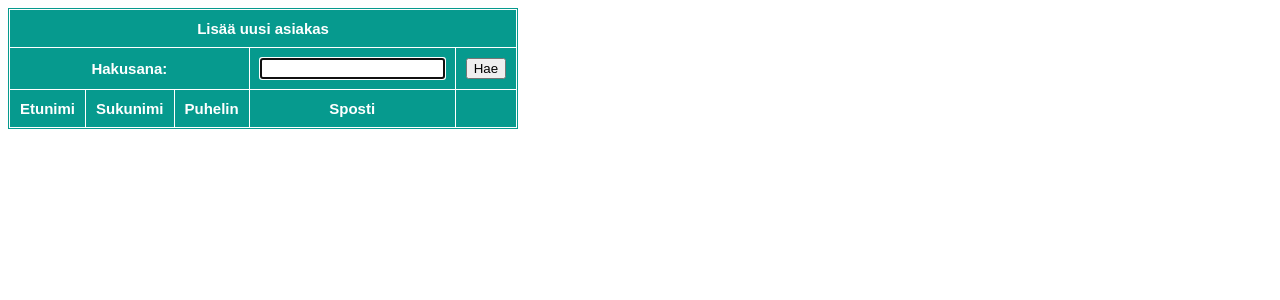
Repository: Heli-DL/Asiakkaat_NatiiviJS
Page: http://localhost/Asiakkaat/listaaasiakkaat.jsp
These files come from the project's save history. The page is drawn as it stood at one moment and after the next save; the edit follows.
The browser window is 1280 px wide. The pictures show the whole page.
The page is served by Tomcat 9. Other server files are loaded and not shown.

Above is the page before, as saved 2022-05-08 14:57:07.

### Asiakkaat/src/main/webapp/listaaasiakkaat.jsp
<%@ page language="java" contentType="text/html; charset=UTF-8"
    pageEncoding="UTF-8"%>
<!DOCTYPE html>
<html>
<head>
<meta charset="ISO-8859-1">
<script src="https://ajax.googleapis.com/ajax/libs/jquery/3.4.1/jquery.min.js"></script>
<link rel="stylesheet" type="text/css" href="css/main.css">
<title>Asiakkaiden listaus</title>
</head>
<body>
	<table id="listaus">
		<thead>
			<tr>
				<th colspan="5"><span id="uusiAsiakas">Lisää uusi asiakas</span></th>
			</tr>
			<tr>
				<th colspan="3">Hakusana:</th>
				<th><input type="text" id="hakusana"></th>
				<th><input type="button" id="hae" value="Hae"></th>
			</tr>
			<tr>
				<th>Etunimi</th>
				<th>Sukunimi</th>
				<th>Puhelin</th>
				<th>Sposti</th>
				<th>&nbsp;</th>
			</tr>
		</thead>
		<tbody>
		</tbody>
	</table>
<script>
$(document).ready(function(){

	$("#uusiAsiakas").click(function(){
		document.location="lisaaasiakas.jsp";
	});

	$(document.body).on("keydown", function(event){
		  if(event.which==13){ //Enteriä painettu, ajetaan haku
			  haeTiedot();
		  }
	});
	$("#hae").click(function(){
		haeTiedot();
	});
	$("#hakusana").focus();//viedään kursori hakusana-kenttään sivun latauksen yhteydessä
	haeTiedot();
});
function haeTiedot(){
	$("#listaus tbody").empty();
	$.getJSON({url:"asiakkaat/"+$("#hakusana").val(), type:"GET", dataType:"json", success:function(result){
		$.each(result.asiakkaat, function(i, field){
        	var htmlStr;
        	htmlStr+="<tr id='rivi_"+field.asiakas_id+"'>";
        	htmlStr+="<td>"+field.etunimi+"</td>";
        	htmlStr+="<td>"+field.sukunimi+"</td>";
        	htmlStr+="<td>"+field.puhelin+"</td>";
        	htmlStr+="<td>"+field.sposti+"</td>";
        	htmlStr+="<td>Muuta&nbsp;";
        	htmlStr+="<span class='poista' onclick=poista("+field.asiakas_id+",'"+field.etunimi+"','"+field.sukunimi+"')>Poista</span></td>";
        	htmlStr+="</tr>";
        	$("#listaus tbody").append(htmlStr);
        });
    }});
}
function poista(asiakas_id, etunimi, sukunimi){
	if(confirm("Poista asiakas " + etunimi +" "+ sukunimi +"?")){
		$.ajax({url:"asiakkaat/"+asiakas_id, type:"DELETE", dataType:"json", success:function(result) { //result on joko {"response:1"} tai {"response:0"}
	        if(result.response==0){
	        	$("#ilmo").html("Asiakkaan poisto epäonnistui.");
	        }else if(result.response==1){
	        	$("#rivi_"+asiakas_id).css("background-color", "red"); //Värjätään poistetun asiakkaan rivi
	        	alert("Asiakkaan " + etunimi +" "+ sukunimi +" poisto onnistui.");
				haeTiedot();
			}
	    }});
	}
}
</script>
</body>
</html>

### Asiakkaat/src/main/webapp/css/main.css
body{
	font-family: Arial, Helvetica, sans-serif;
	font-size: 15px;
}

table {
	border: 1px solid #069A8E;
	border-spacing: 1px;
}

thead {
	background-color: #069A8E;
	color: white;
}

th {
 	padding: 10px;
}

td {
	text-align: left;
	padding: 7px;
}
tbody tr:nth-child(even) {
	background-color: #f2f2f2;
}
.poista {
	color: red;
	cursor: pointer;
}

#uusiAsiakas, #takaisin {
	color: white;
	cursor: pointer;
}

### Asiakkaat/src/main/java/control/Asiakkaat.java
package control;

import java.io.IOException;
import java.io.PrintWriter;
import java.util.ArrayList;
import javax.servlet.ServletException;
import javax.servlet.annotation.WebServlet;
import javax.servlet.http.HttpServlet;
import javax.servlet.http.HttpServletRequest;
import javax.servlet.http.HttpServletResponse;

import org.json.JSONObject;

import model.Asiakas;
import model.dao.Dao;

@WebServlet("/asiakkaat/*")
public class Asiakkaat extends HttpServlet {
	private static final long serialVersionUID = 1L;

    public Asiakkaat() {
        super();
        System.out.println("Asiakkaat.Asiakkaat()");
    }

	protected void doGet(HttpServletRequest request, HttpServletResponse response) throws ServletException, IOException {
		System.out.println("Asiakkaat.doGet()");
		String pathInfo = request.getPathInfo();
		System.out.println("polku: "+pathInfo);
		String hakusana="";
		if(pathInfo!=null) {
			hakusana = pathInfo.replace("/", "");
		}
		Dao dao = new Dao();
		ArrayList<Asiakas> asiakkaat = dao.listaaKaikki(hakusana);
		System.out.println(asiakkaat);
		String strJSON = new JSONObject().put("asiakkaat", asiakkaat).toString();
		response.setContentType("application/json");
		PrintWriter out = response.getWriter();
		out.println(strJSON);
	}

	protected void doPost(HttpServletRequest request, HttpServletResponse response) throws ServletException, IOException {
		System.out.println("Asiakkaat.doPost()");
		JSONObject jsonObj = new JsonStrToObj().convert(request);
		Asiakas asiakas = new Asiakas();
		asiakas.setEtunimi(jsonObj.getString("etunimi"));
		asiakas.setSukunimi(jsonObj.getString("sukunimi"));
		asiakas.setPuhelin(jsonObj.getString("puhelin"));
		asiakas.setSposti(jsonObj.getString("sposti"));
		response.setContentType("application/json");
		PrintWriter out = response.getWriter();
		Dao dao = new Dao();
		if(dao.lisaaAsiakas(asiakas)){
			out.println("{\"response\":1}");
		}else{
			out.println("{\"response\":0}");
		}
	}


	protected void doPut(HttpServletRequest request, HttpServletResponse response) throws ServletException, IOException {
		System.out.println("Asiakkaat.doPut()");
	}

	protected void doDelete(HttpServletRequest request, HttpServletResponse response) throws ServletException, IOException {
		System.out.println("Asiakkaat.doDelete()");
		String pathInfo = request.getPathInfo();
		int asiakas_id = Integer.parseInt(pathInfo.replace("/", ""));
		Dao dao = new Dao();
		response.setContentType("application/json");
		PrintWriter out = response.getWriter();
		if(dao.poistaAsiakas(asiakas_id)){
			out.println("{\"response\":1}");
		}else {
			out.println("{\"response\":0}");
		}
	}

}

### Asiakkaat/src/main/java/model/dao/Dao.java
package model.dao;

import java.sql.Connection;
import java.sql.DriverManager;
import java.sql.PreparedStatement;
import java.sql.ResultSet;
import java.util.ArrayList;

import model.Asiakas;

public class Dao {
	private Connection con=null;
	private ResultSet rs = null;
	private PreparedStatement stmtPrep=null;
	private String sql;
	private String db ="Myynti.sqlite";

	private Connection yhdista(){
    	Connection con = null;
    	String path = System.getProperty("catalina.base");
    	path = path.substring(0, path.indexOf(".metadata")).replace("\\", "/"); //Eclipsessa
    	//path += "/webapps/"; //Tuotannossa. Laita tietokanta webapps-kansioon
    	String url = "jdbc:sqlite:"+path+db;
    	try {
    		Class.forName("org.sqlite.JDBC");
	        con = DriverManager.getConnection(url);
	        System.out.println("Yhteys avattu.");
	     }catch (Exception e){
	    	 System.out.println("Yhteyden avaus ep�onnistui.");
	        e.printStackTrace();
	     }
	     return con;
	}

	public ArrayList<Asiakas> listaaKaikki(){
		ArrayList<Asiakas> asiakkaat = new ArrayList<Asiakas>();
		sql = "SELECT * FROM asiakkaat";
		try {
			con=yhdista();
			if(con!=null){ //jos yhteys onnistui
				stmtPrep = con.prepareStatement(sql);
        		rs = stmtPrep.executeQuery();
				if(rs!=null){ //jos kysely onnistui
					//con.close();
					while(rs.next()){
						Asiakas asiakas = new Asiakas();
						asiakas.setAsiakas_id(rs.getInt(1));
						asiakas.setEtunimi(rs.getString(2));
						asiakas.setSukunimi(rs.getString(3));
						asiakas.setPuhelin(rs.getString(4));
						asiakas.setSposti(rs.getString(5));
						asiakkaat.add(asiakas);
					}
				}
			}
			con.close();
		} catch (Exception e) {
			e.printStackTrace();
		}
		return asiakkaat;
	}

	public ArrayList<Asiakas> listaaKaikki(String hakusana){
		ArrayList<Asiakas> asiakkaat = new ArrayList<Asiakas>();
		sql = "SELECT * FROM asiakkaat WHERE etunimi LIKE ? or sukunimi LIKE ? or puhelin LIKE ? or puhelin LIKE?";
		try {
			con=yhdista();
			if(con!=null){ //jos yhteys onnistui
				stmtPrep = con.prepareStatement(sql);
				stmtPrep.setString(1, "%" + hakusana + "%");
				stmtPrep.setString(2, "%" + hakusana + "%");
				stmtPrep.setString(3, "%" + hakusana + "%");
        		rs = stmtPrep.executeQuery();
				if(rs!=null){
					while(rs.next()){
						Asiakas asiakas = new Asiakas();
						asiakas.setAsiakas_id(rs.getInt(1));
						asiakas.setEtunimi(rs.getString(2));
						asiakas.setSukunimi(rs.getString(3));
						asiakas.setPuhelin(rs.getString(4));
						asiakas.setSposti(rs.getString(5));
						asiakkaat.add(asiakas);
					}
				}
			}
			con.close();
		} catch (Exception e) {
			e.printStackTrace();
		}
		return asiakkaat;
	}
	public boolean lisaaAsiakas(Asiakas asiakas){
		boolean paluuArvo=true;
		sql="INSERT INTO asiakkaat (etunimi, sukunimi, puhelin, sposti) VALUES(?,?,?,?)";
		try {
			con = yhdista();
			stmtPrep=con.prepareStatement(sql);
			stmtPrep.setString(1, asiakas.getEtunimi());
			stmtPrep.setString(2, asiakas.getSukunimi());
			stmtPrep.setString(3, asiakas.getPuhelin());
			stmtPrep.setString(4, asiakas.getSposti());
			stmtPrep.executeUpdate();
	        con.close();
		} catch (Exception e) {
			e.printStackTrace();
			paluuArvo=false;
		}
		return paluuArvo;
	}
	public boolean poistaAsiakas(int asiakas_id) {
		boolean paluuArvo=true;
		sql="DELETE FROM asiakkaat WHERE asiakas_id=?";
		try {
			con = yhdista();
			stmtPrep=con.prepareStatement(sql);
			stmtPrep.setInt(1, asiakas_id);
			stmtPrep.executeUpdate();
	        con.close();
		} catch (Exception e) {
			e.printStackTrace();
			paluuArvo=false;
		}
		return paluuArvo;
	}
}

After the next save:
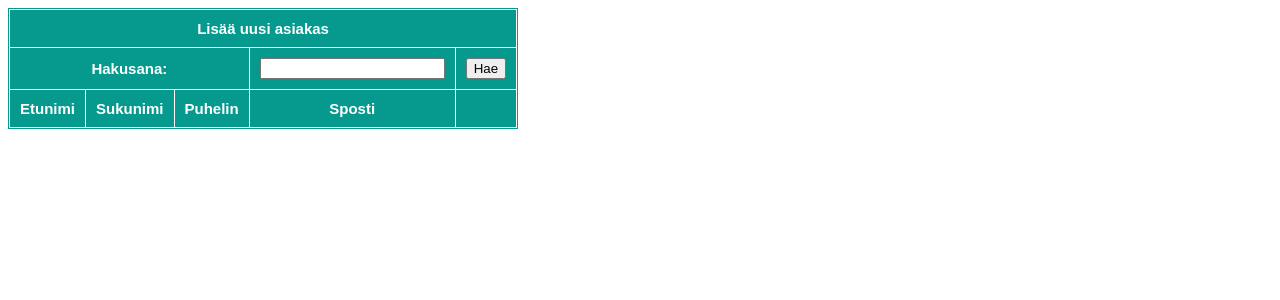
Console error: SyntaxError: Unexpected string
Saved 106 s later.
--- a/Asiakkaat/src/main/webapp/listaaasiakkaat.jsp
+++ b/Asiakkaat/src/main/webapp/listaaasiakkaat.jsp
@@ -58,7 +58,7 @@
         	htmlStr+="<td>"+field.sukunimi+"</td>";
         	htmlStr+="<td>"+field.puhelin+"</td>";
         	htmlStr+="<td>"+field.sposti+"</td>";
-        	htmlStr+="<td>Muuta&nbsp;";
+        	htmlStr+="<td><a href='muutaAsiakas.jsp?asiakas_id="+field.asiakas_id"'>Muuta</a>&nbsp;";
         	htmlStr+="<span class='poista' onclick=poista("+field.asiakas_id+",'"+field.etunimi+"','"+field.sukunimi+"')>Poista</span></td>";
         	htmlStr+="</tr>";
         	$("#listaus tbody").append(htmlStr);

After the save that followed:
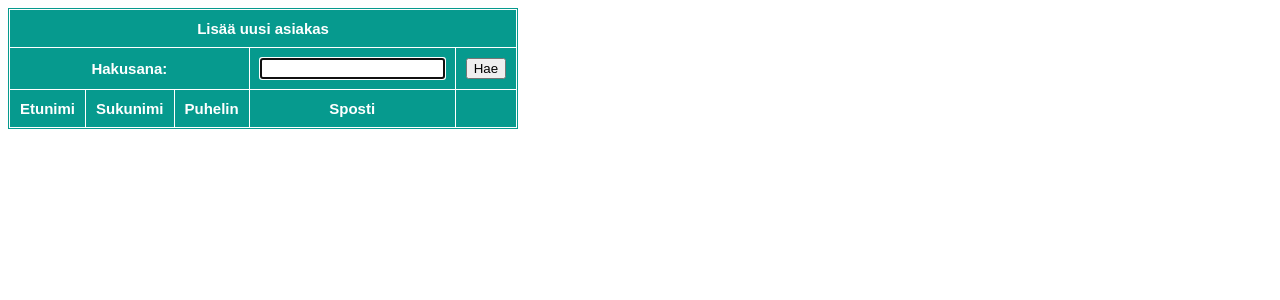
The error is gone.
Saved 115 s later.
--- a/Asiakkaat/src/main/webapp/listaaasiakkaat.jsp
+++ b/Asiakkaat/src/main/webapp/listaaasiakkaat.jsp
@@ -58,7 +58,7 @@
         	htmlStr+="<td>"+field.sukunimi+"</td>";
         	htmlStr+="<td>"+field.puhelin+"</td>";
         	htmlStr+="<td>"+field.sposti+"</td>";
-        	htmlStr+="<td><a href='muutaAsiakas.jsp?asiakas_id="+field.asiakas_id"'>Muuta</a>&nbsp;";
+        	htmlStr+="<td><a href='muutaAsiakas.jsp?asiakas_id="+field.asiakas_id+"'>Muuta</a>&nbsp;";
         	htmlStr+="<span class='poista' onclick=poista("+field.asiakas_id+",'"+field.etunimi+"','"+field.sukunimi+"')>Poista</span></td>";
         	htmlStr+="</tr>";
         	$("#listaus tbody").append(htmlStr);
